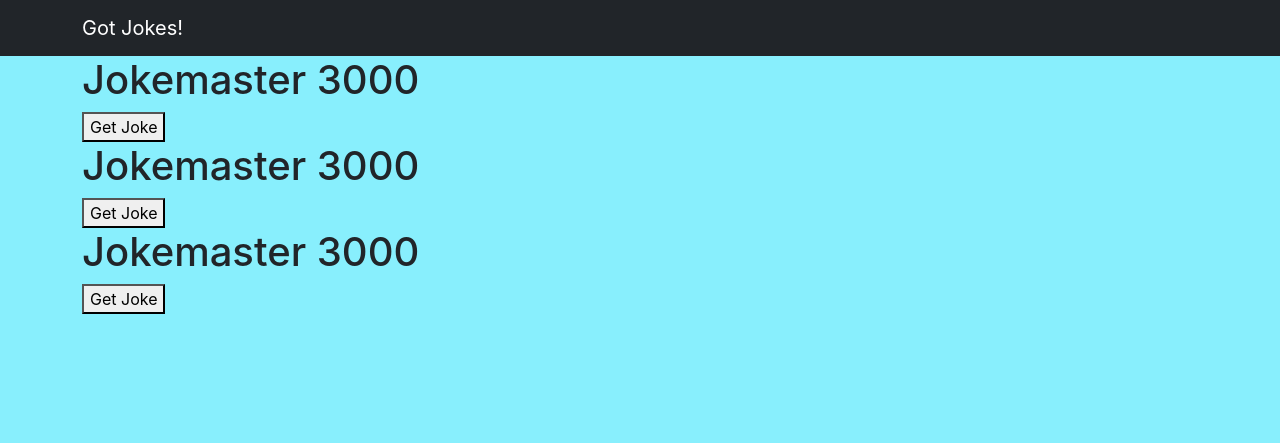
Repository: jontslater/LAB-joke-generator-react
Page: /
An editor plug-in stored every save of this project. The page is shown before and after the next save, followed by the edit.
The browser window is 1280 px wide. The pictures show the whole page.
The project was rebuilt for these pictures with package versions that can differ from the ones it lists, and the page was loaded fresh each time. The framework's server and built-in components were replaced by stand-ins that run in the browser. Also part of the build but not shown: next.config.js.

Above is the page before, as saved 2024-01-12 16:18:49.

### pages/_app.js
/* eslint-disable react/prop-types */
import 'bootstrap/dist/css/bootstrap.min.css';
import '../styles/globals.css';
import NavBar from '../components/NavBar';

function MyApp({ Component, pageProps }) {
  return (
    <>
      <NavBar />
      <div className="container">
        <Component {...pageProps} />
      </div>
    </>
  );
}

export default MyApp;

### pages/index.js
import React from 'react';
import Jokes from '../components/Jokes';

function Home() {
  return (
    <>
      <Jokes />
      <Jokes />
      <Jokes />
    </>
  );
}

export default Home;

### components/NavBar.js
/* eslint-disable jsx-a11y/anchor-is-valid */
import React from 'react';
import Link from 'next/link';
import {
  Navbar, Container, Nav,
} from 'react-bootstrap';

export default function NavBar() {
  return (
    <Navbar collapseOnSelect expand="lg" bg="dark" variant="dark">
      <Container>
        <Link passHref href="/">
          <Navbar.Brand>Got Jokes!</Navbar.Brand>
        </Link>
        <Navbar.Toggle aria-controls="responsive-navbar-nav" />
        <Navbar.Collapse id="responsive-navbar-nav">
          <Nav className="me-auto">
            {/* CLOSE NAVBAR ON LINK SELECTION: https://stackoverflow.com/questions/72813635/collapse-on-select-react-bootstrap-navbar-with-nextjs-not-working */}
            {/* <Link passHref href="/">
              <Nav.Link>Home</Nav.Link>
            </Link> */}
          </Nav>
        </Navbar.Collapse>
      </Container>
    </Navbar>
  );
}

### components/Jokes.js
import { useState } from 'react';

function Jokes(title) {
  const [jokes, setJokes] = useState('FirstCard');

  function getJokes() {
    fetch('https://v2.jokeapi.dev/joke/Programming?safe-mode&type=twopart')
      .then((response) => response.json())
      .then((data) => {
        setJokes(data);
      });
  }

  return (
    <>
      <h1>Jokemaster 3000</h1>
      <div>
        <button type="button" title="1" onClick={(getJokes)}> Get Joke </button>
        {jokes.setup}
      </div>
    </>
  );
}

export default Jokes;

Loaded but not shown: styles/globals.css (common file)

After the next save:
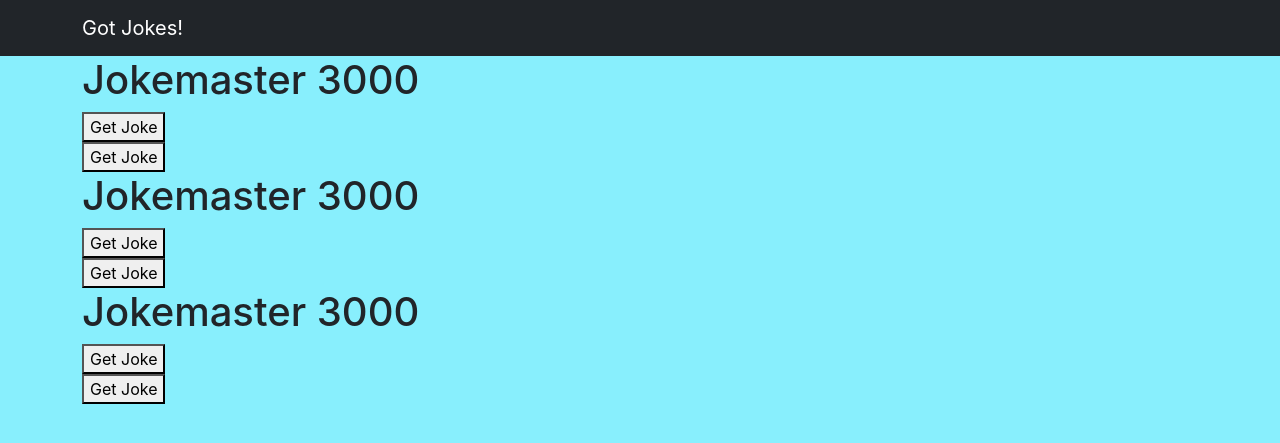
Saved 23 s later.
--- a/components/Jokes.js
+++ b/components/Jokes.js
@@ -18,6 +18,10 @@ function Jokes(title) {
         <button type="button" title="1" onClick={(getJokes)}> Get Joke </button>
         {jokes.setup}
       </div>
+      <div>
+        <button type="button" title="1" onClick={(getJokes)}> Get Joke </button>
+        {jokes.delivery}
+      </div>
     </>
   );
 }
